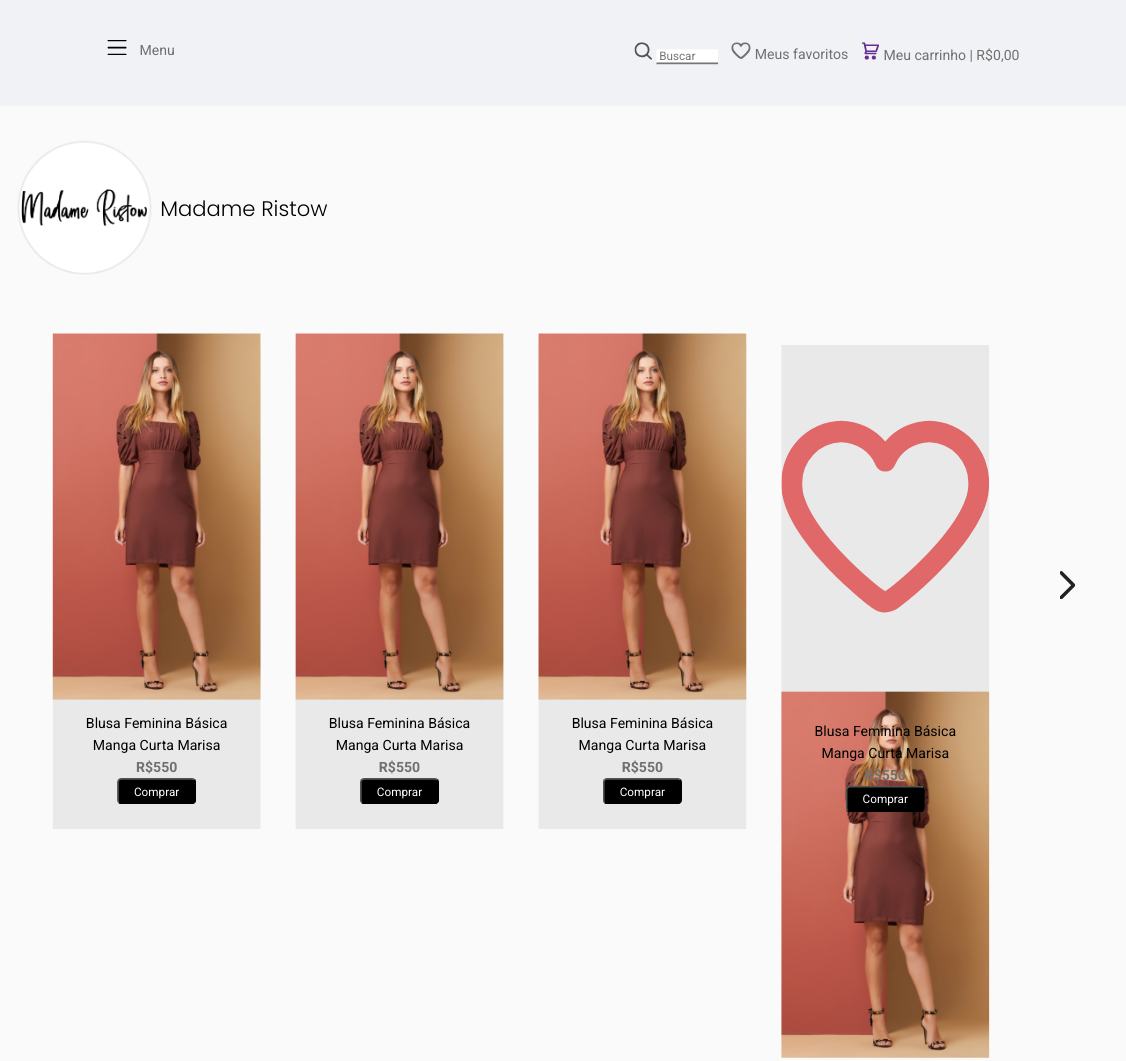
Repository: gutobarbosa/FrontEndLojaVirtual
Page: /
These files come from the project's save history. The page is drawn as it stood at one moment and after the next save; the edit follows.
The browser window is 1280 px wide. The pictures show the whole page, at 88% of full size.
The project was rebuilt for these pictures with package versions that can differ from the ones it lists, and the page was loaded fresh each time. Also part of the build but not shown: src/pages/Repository/styles.ts, src/services/api.ts, src/pages/Repository/index.tsx.

Above is the page before, as saved 2020-11-20 23:20:27.

After the next save:
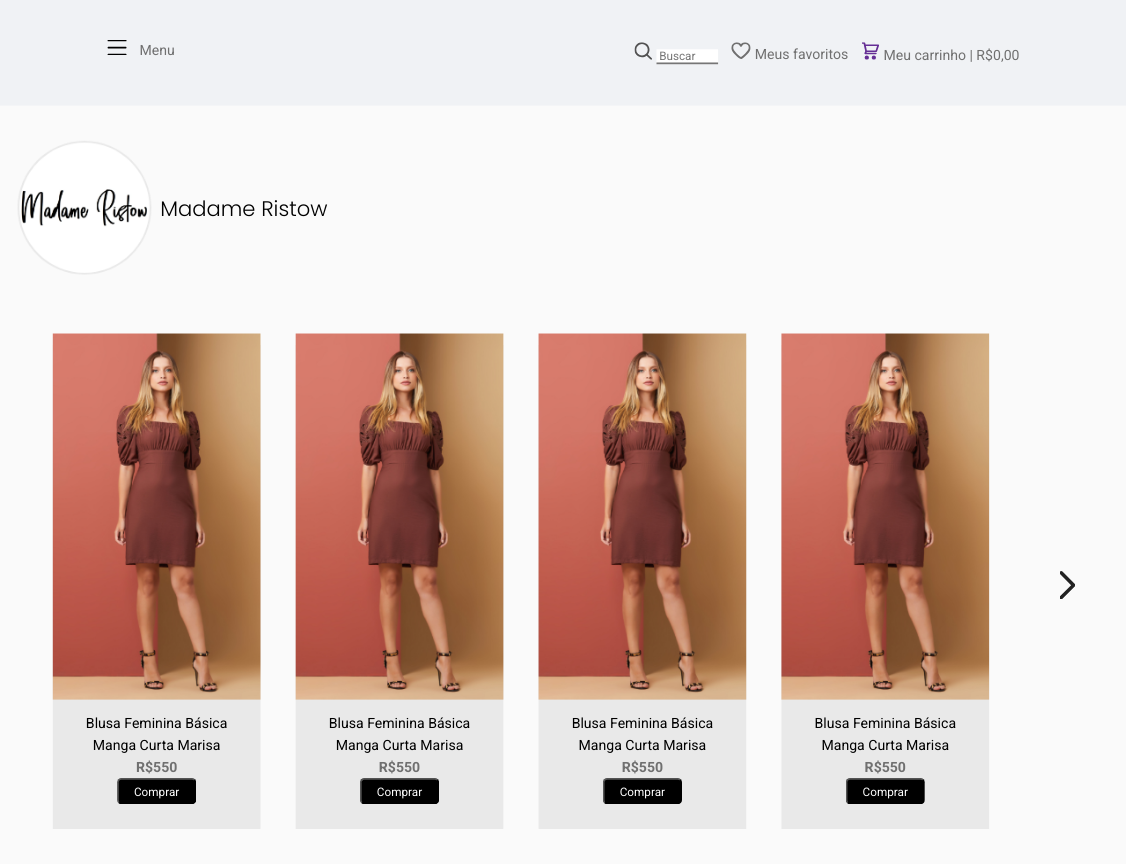
Saved 78 min 25 s later.
--- a/src/pages/Dashboard/index.tsx
+++ b/src/pages/Dashboard/index.tsx
@@ -59,7 +59,6 @@ const Dashboard: React.FC = () => {
         </div>
         <div className="productBox">
             <div className="productImage">
-            <img src={iconheart} alt="heart" />
             <div>
             <img src={productimage} alt="Product" />
             </div>
